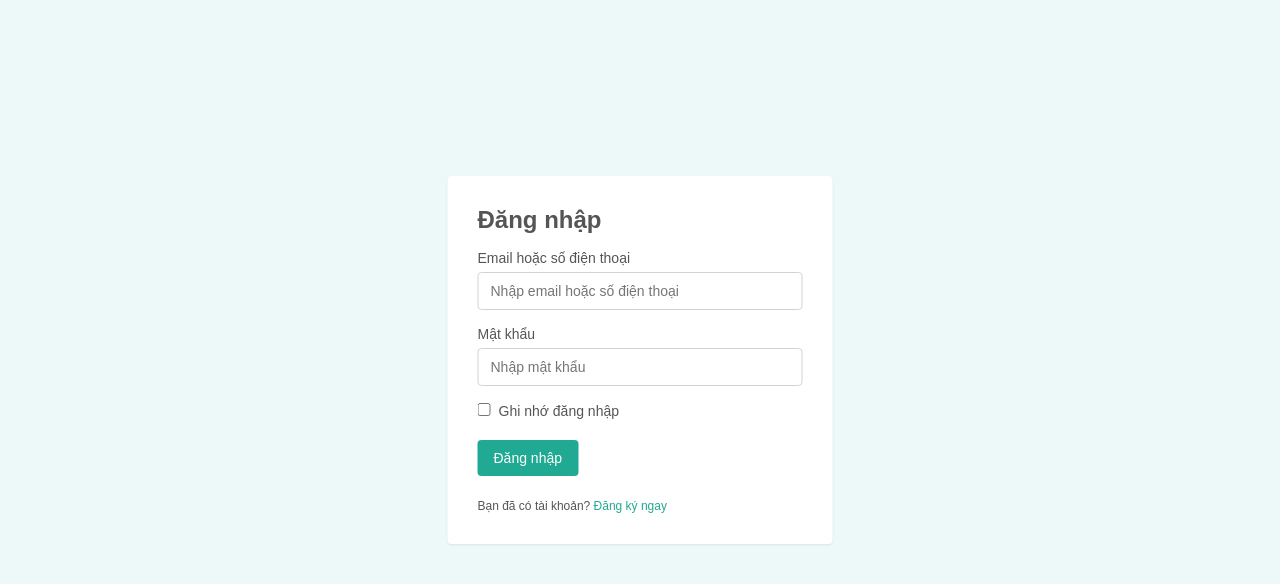
Repository: ntq25012002/chat-app
Page: /
An editor plug-in stored every save of this project. The page is shown before and after the next save, followed by the edit.
The browser window is 1280 px wide. The pictures show the whole page.
The project was rebuilt for these pictures with package versions that can differ from the ones it lists, and the page was loaded fresh each time. Also part of the build but not shown: src/pages/Home/Home.module.scss, src/pages/Home/index.js, src/pages/Register/index.js, src/pages/Profile/index.js, src/pages/Chat/index.js, src/layouts/components/SideBar/SideBar.module.scss, src/layouts/components/SideBar/index.js, src/layouts/DefaultLayout/index.js and 1 more. Imported but missing from the stored project, and not drawn on this page: src/layouts/components/SideBar/SideBarListChat.

Above is the page before, as saved 2023-05-25 15:08:14.

### src/index.js
import React from 'react';
import ReactDOM from 'react-dom/client';
// import './index.css';
import { Provider } from 'react-redux';
import { BrowserRouter as Router} from 'react-router-dom';

import store from '~/store';
import App from './App';
import reportWebVitals from './reportWebVitals';
import GlobalStyles from '~/components/GlobalStyles';

const root = ReactDOM.createRoot(document.getElementById('root'));
root.render(
  <React.StrictMode>
    <GlobalStyles>
      <Provider store={store}>
        <Router>
          <App />

        </Router>
      </Provider>
    </GlobalStyles>
  </React.StrictMode>
);

// If you want to start measuring performance in your app, pass a function
// to log results (for example: reportWebVitals(console.log))
// or send to an analytics endpoint. Learn more: https://bit.ly/CRA-vitals
reportWebVitals();

### src/store/index.js
// store.js
import  {configureStore} from '@reduxjs/toolkit';
import userReducer from '~/reducer/userReducer.js';

// const store = configureStore({
//     reducer: {
//       user: userReducer,
//     },
//   });
// export default store;

// Lưu trạng thái vào localStorage
const saveStateToSessionStorage = (state) => {
  try {
    const serializedState = JSON.stringify(state);
    sessionStorage.setItem('reduxStateUser', serializedState);
  } catch (error) {
    // Xử lý lỗi khi lưu trạng thái
  }
};

// Khôi phục trạng thái từ sessionStorage
const loadStateFromSessionStorage = () => {
  try {
    const serializedState = sessionStorage.getItem('reduxStateUser');
    if (serializedState === null) {
      return undefined; // Trạng thái mặc định nếu không có dữ liệu trong localStorage
    }
    return JSON.parse(serializedState);
  } catch (error) {
    return undefined; // Trạng thái mặc định nếu xảy ra lỗi
  }
};

// Khởi tạo Redux store với trạng thái khôi phục từ sessionStorage
const persistedState = loadStateFromSessionStorage();
const store = configureStore({
  reducer: {
    user: userReducer,
  },
  preloadedState: persistedState, // Sử dụng trạng thái khôi phục từ sessionStorage
});

// Lắng nghe sự thay đổi của Redux state và lưu vào sessionStorage
store.subscribe(() => {
  const state = store.getState();
  saveStateToSessionStorage(state);
});

export default store;

### src/App.js

import React, {Fragment} from 'react';
import { BrowserRouter as Router, Routes, Route, Navigate   } from 'react-router-dom';
import { useSelector } from 'react-redux';
import {publicRoutes, privateRoutes} from '~/routes';
import DefaultLayout from '~/layouts/DefaultLayout';
import NotFound from '~/pages/NotFound';

function App() {
  const isLoggedIn = useSelector((state) => state.user.isLoggedIn);

  return (
    <div className="App">
        <Routes>
          {
            publicRoutes.map((route, index) => {
              if(isLoggedIn && route.path === '/login') {
                return <Route
                  key={index}
                  path={route.path}
                  element={
                    <Navigate to='/' />
                  }
                />
              }

              const Page = route.component;
              let Layout = DefaultLayout;
              if(route.layout) {
                Layout = route.layout;
              }else if(route.layout === null) {
                Layout = Fragment;
              }
              return (
                <Route
                    key={index}
                    path={route.path}
                    element={
                      <Layout>
                        <Page />
                      </Layout>
                    }
                  />
              )
            })
          }


          { // Check isLoginRequired
            isLoggedIn ? privateRoutes.map((route, index) => {
              const Page = route.component;
              let Layout = DefaultLayout;
              if(route.layout) {
                Layout = route.layout;
              }else if(route.layout === null) {
                Layout = Fragment;
              }
              return (
                <Route
                    key={index}
                    path={route.path}
                    element={
                      <Layout>
                        <Page />
                      </Layout>
                    }
                  />
              )
            }) : (
              privateRoutes.map((route, index) => {
                return <Route
                  key={index}
                  path={route.path}
                  element={
                    <Navigate to='/login' />
                  }
                />
              })


            )
          }
          <Route path="*" element={<NotFound />} />
      </Routes>
    </div>
  );
}

export default App;

### src/components/GlobalStyles/index.js
import styles from '~/components/GlobalStyles/GlobalStyle.scss';

function GlobalStyles({ children }) {
    return children
}

export default GlobalStyles;

### src/reducer/userReducer.js
// import { LOGIN_SUCCESS, LOGOUT } from "./constant";
import { createSlice } from '@reduxjs/toolkit';

const initialState = {
  isLoggedIn: false,
  user: null,
};

const userSlice = createSlice({
  name: 'user',
  initialState,
  reducers: {
    registerSuccess: (state, action) => {
      console.log(action);
      state.isLoggedIn = true;
      state.user = action.payload;
    },
    loginSuccess: (state, action) => {
      console.log(action);
      state.isLoggedIn = true;
      state.user = action.payload;
    },
    logout: (state) => {
      state.isLoggedIn = false;
      state.user = null;
    },
  },
});

// const userReducer = (state = initialState, action) => {
//   switch (action.type) {
//     case LOGIN_SUCCESS:
//       console.log('isLoggedIn: ', action.payload);
//       return {
//         ...state,
//         isLoggedIn: true,
//         user: action.payload
//       };
//     case LOGOUT:
//       return {
//         ...state,
//         isLoggedIn: false,
//         user: null,
//       };
//     default:
//       return state;
//   }
// };


export const { loginSuccess, logout } = userSlice.actions;
export default userSlice.reducer;

// export {initialState};

### src/routes/index.js
import Home from '~/pages/Home';
import Login from '~/pages/Login';
import Register from '~/pages/Register';
import Profile from '~/pages/Profile';
import Chat from '~/pages/Chat';

const publicRoutes = [
    {path: '/login', component: Login, layout: null},
    {path: '/register', component: Register, layout: null},
]

const privateRoutes = [
    // {route: '/dashboard', component: Dashboard},
    {path: '/', component: Home},
    {path: '/profile', component: Profile},
    {path: '/chat/:user/:id', component: Chat},

]

export {publicRoutes, privateRoutes}

### src/components/GlobalStyles/GlobalStyle.scss
@import url("https://fonts.googleapis.com/css2?family=Poppins:wght@200;300;400;500;600;700&display=swap");

$heightHeader: 60px;
$widthPage: 100%;
$textColorPrimary: #555555;
$colorPrimary: #21aa93;
$textColorSecond: #161823bf;
$bg-layout: #f3f2ef;
:root {
    --width-page: 100%;
    --height-header: 60px;
    --color-primary: #21aa93;
    --text-color-primary: #555555;
    --text-coloe-second: #161823bf;
    --color-white: #FFFFFFFF;
    --border-color: #0000001f;
    --background-hover: rgb(22 24 35 / 3%);
    --bg-layout: #f3f2ef;
}

html {
    font-size:62.5%
}

* {
    margin: 0;
    padding: 0;
    box-sizing: border-box;
}

body {
    // font-family: 'Montserrat', sans-serif;
    // font-family: 'Roboto', sans-serif;
    font-family: ProximaNova, Arial, Tahoma, PingFangSC, sans-serif;
    font-size: 1.6rem;
    text-rendering: optimizeSpeed;
    color: $textColorPrimary;
}

button, input, [tabindex] {
    border: none;
    outline: none;
}

a[href] {
    color: $textColorPrimary;
    text-decoration: none;
}

.wrapper {
    margin: 0 auto;
    display: flex;
    align-items: space-between;
    flex-direction: column;
    background-color: $bg-layout;
}

.container {
    max-width: $widthPage;
    width: $widthPage;
    margin: 0 auto;
    display: flex;
}
.content {
    flex: 1;
    background-color: #FFFFFFFF;
}
// BUTTON
button{
    background-color: transparent;
    border: none;
    &:hover {
        cursor: pointer;
    }
}
.btn {
    padding: 10px 14px;
    border-radius: 4px;
    &:hover{
        cursor: pointer;
    }
}
.btn-primary {
    background-color: $colorPrimary;
    color: #FFFFFFFF;
}

### src/pages/Login/index.js
import React, {useReducer} from 'react';
// import classNames from 'classnames/bind';
import {useNavigate } from 'react-router-dom'
import axios from 'axios';
import { useDispatch } from 'react-redux';
import AuthForm from '~/layouts/components/AuthForm';

// import styles from './Login.module.scss';
// import {userReducer, initialState, LOGIN_SUCCESS, LOGOUT, setLogin, setLogout} from '~/reducer';
import { loginSuccess } from '~/reducer/userReducer';

// const cx = classNames.bind(styles);

function Login() {
    // const [state, dispatch] = useReducer(userReducer, initialState)
    const navigate  = useNavigate();
    const dispatch = useDispatch();
    const initialFormData = {
        username: '',
        password: ''
    }

    const login = async (data) => {
        try {
            const { username, password } = data;
            const response = await axios.post('http://127.0.0.1:8080/api/login', { username, password });
            // Lưu token vào localStorage hoặc sessionStorage
            sessionStorage.setItem('token', response.data.token);
            dispatch(loginSuccess(response.data.user))
            // dispatch(setLogin(response.data.user));
            navigate('/');

          } catch (error) {
            console.error(error);
          }

    }

    const handleLogin = (formData) => {
        login(formData);
    }

    return (
        <>
            <AuthForm onSubmit={handleLogin} loginForm={true} initialFormData={initialFormData} buttonText='Đăng nhập' title='Đăng nhập' link="/register" linkText='Đăng ký ngay' />
        </>
    );
}

export default Login;

### src/layouts/components/AuthForm/index.js
import React, {useState, useRef} from 'react';
import {Link} from 'react-router-dom'
import classNames from 'classnames/bind';
import images from '~/assets/images';
import styles from './AuthForm.module.scss';

const cx = classNames.bind(styles);

function AuthForm( {...props} ) {
    const formRef = useRef();
    const [formData, setFormData] = useState(props.initialFormData);
    const [errors, setErrors] = useState({})

    const validateForm = () => {
        let isValid = true;
        const newErrors = {};
        const emailRegex = /^(([^<>()\[\]\\.,;:\s@"]+(\.[^<>()\[\]\\.,;:\s@"]+)*)|(".+"))@((\[[0-9]{1,3}\.[0-9]{1,3}\.[0-9]{1,3}\.[0-9]{1,3}\])|(([a-zA-Z\-0-9]+\.)+[a-zA-Z]{2,}))$/;
        const phoneRegex = /[0-9`!@#$%^&*()_+\-=\[\]{};':"\\|,.<>\/?~]/;
        // const passwordRegex = /^(?=.*[a-z])(?=.*[A-Z])(?=.*\d)(?=.*[@$!%*?&])[A-Za-z\d@$!%*?&]{8,}$/;
        if(props.loginForm) {
            if(!formData.username ) {
                newErrors.username = 'Vui lòng nhập email hoặc số điện thoại';
                isValid = false;
            } else if( isNaN(formData.username) && !emailRegex.test(formData.username)) {
                newErrors.username = 'Email chưa đúng định dạng';
                isValid = false;
            }else if(!isNaN(formData.username) && phoneRegex.test(formData.username)) {
                newErrors.username = 'Số điện thoại chưa đúng định dạng';
                isValid = false;
            }
        }

        if (!formData.password) {
          newErrors.password = 'Vui lòng nhập mật khẩu';
          isValid = false;
        }

        // Xử lý validate các trường input đặc biệt trong form đăng ký
        if(props.registerForm) {
            if (!formData.name) {
                newErrors.name = 'Nhập họ tên';
                isValid = false;
              }

              if (!formData.phone) {
                newErrors.phone = 'Nhập số điện thoại';
                isValid = false;
              }
        }

        setErrors(newErrors);
        return isValid;
      };

      const handleSubmit = (e) => {
        e.preventDefault();
        console.log(formRef);
        return;
        const data = new FormData(formRef.current);

        if (validateForm()) {
            props.onSubmit(formData);
        } else {
          console.log('Form validation failed:', errors);
        }
      };

    const handleInputChange = (e) => {

        setFormData({
          ...formData,
            [e.target.name]: e.target.value
        });

    }

    return (
        <div className={cx('wrapper')}>
            <div className={cx('content')} >
                <img src={images.bg_login} alt="" />
                <div className={cx('form-container')}>
                    <div className={cx('title')}>
                        <h2>{props.title}</h2>
                    </div>
                    <form className={cx('form', 'form-data')} ref={formRef} onSubmit={handleSubmit}>

                        { // Login form
                            props.loginForm && (
                                <>
                                    <div className={cx('form-group')}>
                                        <label className={cx('form-label')}>Email hoặc số điện thoại</label>
                                        <input type="text" onChange={handleInputChange} value={formData.username} name='username' className={cx('form-control')} placeholder='Nhập email hoặc số điện thoại'/>
                                    </div>
                                    <div className={cx('form-group')}>
                                        <label className={cx('form-label')}>Mật khẩu</label>
                                        <input type="password" onChange={handleInputChange} value={formData.password} name='password' className={cx('form-control')} placeholder='Nhập mật khẩu'/>
                                    </div>
                                    <div className='d-flex'>
                                        <div className={cx('form-control')}>
                                            <input type="checkbox" className={cx('check_remember')} />
                                            <label className={cx('remember_login')}>Ghi nhớ đăng nhập</label>
                                        </div>
                                    </div>
                                </>
                            )
                        }

                        {   //Register form
                            props.registerForm && (
                                <>
                                    {/* <div className={cx('form-group')}>
                                        <label className={cx('form-label-file')}>Ảnh đại diện</label>
                                        <input type="file" onChange={handleInputChange} accept='image/*' name='avatar'/>
                                    </div> */}
                                    <div className={cx('form-group')}>
                                        <label className={cx('form-label')}>Họ tên</label>
                                        <input type="text"  onChange={handleInputChange} name='name' className={cx('form-control')} placeholder='Nhập họ tên'/>
                                    </div>
                                    <div className={cx('form-group')}>
                                        <label className={cx('form-label')}>Email</label>
                                        <input type="text" onChange={handleInputChange} name='email' className={cx('form-control')} placeholder='Nhập địa chỉ email'/>
                                    </div>
                                    <div className={cx('form-group')}>
                                        <label className={cx('form-label')}>Số điện thoại</label>
                                        <input type="text" onChange={handleInputChange} name='phone' className={cx('form-control')} placeholder='Nhập số điện thoại'/>
                                    </div>
                                    <div className={cx('form-group')}>
                                        <label className={cx('form-label')}>Mật khẩu</label>
                                        <input type="password"  onChange={handleInputChange} name='password' className={cx('form-control')} placeholder='Nhập mật khẩu'/>
                                    </div>
                                    <div className={cx('form-group')}>
                                        <label className={cx('form-label')}>Nhập lại mật khẩu</label>
                                        <input type="password"  onChange={handleInputChange} name='repassword' className={cx('form-control')} placeholder='Xác nhận lại mật khẩu'/>
                                    </div>

                                </>
                            )
                        }

                        <button className={cx('btn-submit')}>{props.buttonText}</button>

                        <div>
                            <span>Bạn đã có tài khoản? </span> <Link to={props.link} className={cx('register_link')}>{props.linkText}</Link>
                        </div>
                    </form>
                </div>
            </div>
        </div>
    )

}

export default AuthForm;

### src/assets/images/index.js
const images = {
    logo: require('~/assets/images/logo.svg').default,
    bg_login: require('~/assets/images/signin-img-cyan.svg').default
}

export default images;

### src/layouts/components/AuthForm/AuthForm.module.scss
.wrapper {
    background-color: rgb(237, 249, 249);
}
.content {
    height: 100vh;
    display: flex;
    justify-content: center;
    align-items: center;
    flex-direction: column;
    position: relative;

    .form-container {
        position: absolute;
        top: 50%;
        left: 50%;
        transform: translate(-50%, -50%);
        box-shadow: 0 0.125rem 0.25rem rgba(0,0,0,0.075);
        padding: 30px;
        background-color: #ffffff;
        border-radius: 4px;
        .title {
            margin-bottom: 16px;
        }
        .form-group {
            display: flex;
            flex-direction: column;
            .form-label {
                text-align: left;
                font-size: 14px;
                margin-bottom: 6px;
            }
            .form-control {
                padding: 10px 12px;
                border: 1px solid #ced4da;
                border-radius: 4px;
                font-size: 14px;
                min-width: 325px;
                margin-bottom: 16px;
                &:focus {
                    border: 1px solid #21aa93;

                    outline: #21aa93;
                }
            }
        }
        .btn-submit {
            margin-top: 20px;
            margin-bottom: 20px;
            padding: 10px 16px;
            font-size: 14px;
            border-radius: 4px;
            background-color: var(--color-primary);
            color: #ffffff;

            &:hover {
                background-color: darken(#21aa93, 10%);
                cursor: pointer;
            }
        }
        .check_remember {
            accent-color: var(--color-primary);
        }
        .remember_login {
            font-size: 14px;
            padding-left: 8px;
        }
        span {
            font-size: 12px;
        }
        .register_link {
            font-size: 12px;
            color: var(--color-primary);
        }
    }
}

Loaded but not shown: public/index.html (common file); src/reportWebVitals.js (common file)

After the next save:
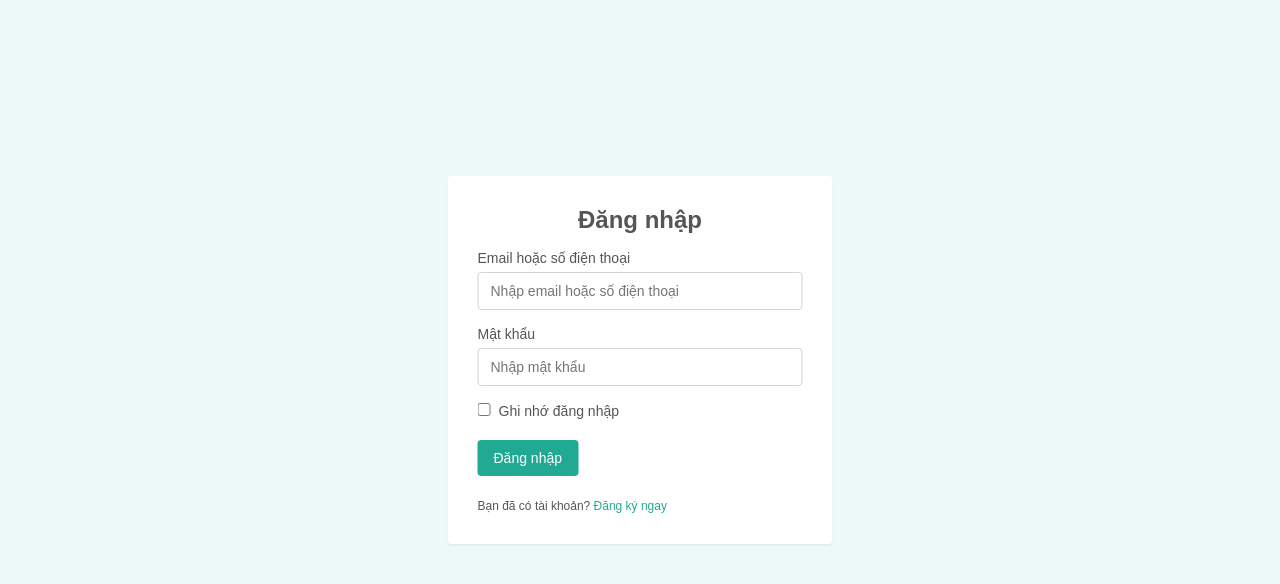
Saved 18 s later.
--- a/src/layouts/components/AuthForm/AuthForm.module.scss
+++ b/src/layouts/components/AuthForm/AuthForm.module.scss
@@ -20,6 +20,9 @@
         border-radius: 4px;
         .title {
             margin-bottom: 16px;
+            h2 {
+                text-align: center;
+            }
         }
         .form-group {
             display: flex;
